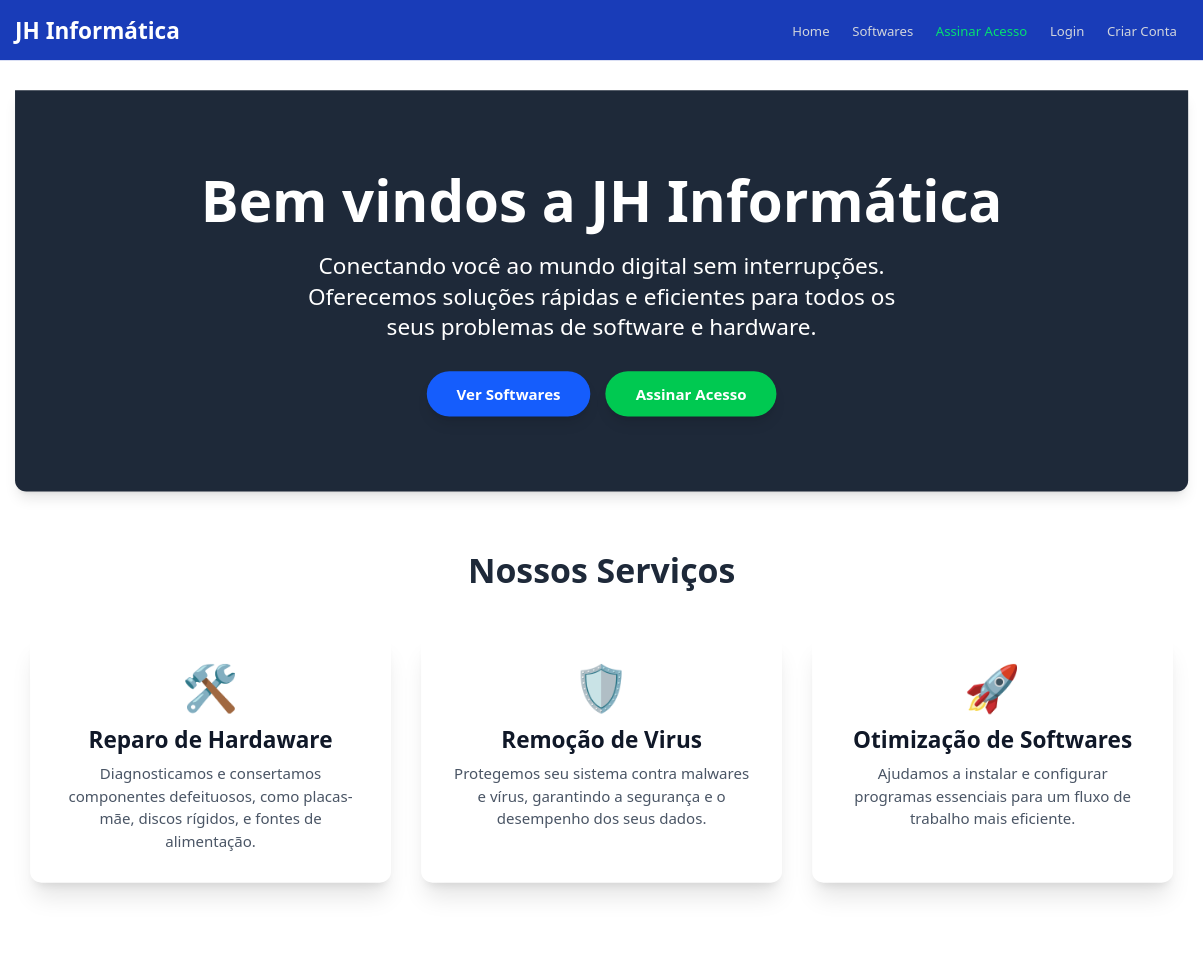
Repository: estevam02009/jh-info
Page: / (app in frontend/)
These files come from the project's save history. The page is drawn as it stood at one moment and after the next save; the edit follows.
The browser window is 1280 px wide. The pictures show the whole page, at 94% of full size.
The project was rebuilt for these pictures with package versions that can differ from the ones it lists, and the page was loaded fresh each time. Also part of the build but not shown: frontend/src/pages/Login.jsx, frontend/src/pages/Register.jsx, frontend/src/pages/Dashboard.jsx, frontend/src/components/ProtectedRoute.jsx, frontend/src/pages/SoftwareList.jsx, frontend/src/pages/SoftwareDetails.jsx, frontend/src/pages/SoftwareManagement.jsx, frontend/src/pages/PaymentPage.jsx and 1 more.

Above is the page before, as saved 2025-07-13 11:28:27.

### frontend/index.html
<!doctype html>
<html lang="en">
  <head>
    <meta charset="UTF-8" />
    <link rel="icon" type="image/svg+xml" href="/vite.svg" />
    <meta name="viewport" content="width=device-width, initial-scale=1.0" />
    <title>JH Informática</title>
  </head>
  <body>
    <div id="root"></div>
    <script type="module" src="/src/main.jsx"></script>
  </body>
</html>

### frontend/src/main.jsx
// src/main.jsx
import React from 'react';
import ReactDOM from 'react-dom/client';
import App from './App.jsx';
import './index.css'; // Para estilos globais
import { BrowserRouter } from 'react-router-dom';
import { AuthProvider } from './context/AuthContext.jsx'; // Contexto de Autenticação

ReactDOM.createRoot(document.getElementById('root')).render(
    <React.StrictMode>
        <BrowserRouter>
            <AuthProvider> {/* O AuthProvider envolve toda a aplicação */}
                <App />
            </AuthProvider>
        </BrowserRouter>
    </React.StrictMode>,
);

### frontend/src/App.jsx
import React from "react";
import {Link, Routes, Route} from "react-router-dom";
import Login from "./pages/Login.jsx";
import Register from "./pages/Register.jsx";
import Home from "./pages/Home.jsx";
import Dashboard from "./pages/Dashboard.jsx";
import ProtectedRoute from "./components/ProtectedRoute";
import SoftwareList from "./pages/SoftwareList";
import SoftwareDetails from "./pages/SoftwareDetails";
import SoftwareManagement from "./pages/SoftwareManagement";
import PaymentPage from "./pages/PaymentPage";
import MySoftwares from "./pages/MySoftwares.jsx";
import { useAuth } from "./context/AuthContext";


const App = () => {

    const { user, logout } = useAuth(); // Obtém o estado do usuário e a função de logout

    return (
        <>
            <nav className="bg-blue-800 p-4">
                <div className="container mx-auto flex justify-between items-center">
                    <Link to="/" className="text-white text-2xl font-bold">JH Informática</Link>
                    <div>
                        <Link to="/" className="text-gray-300 hover:bg-white hover:text-blue-500 px-3 py-2 rounded-md text-sm font-medium">Home</Link>
                        <Link to="/softwares" className="text-gray-300 hover:bg-white hover:text-blue-500 px-3 py-2 rounded-md text-sm font-medium">Softwares</Link>

                        {/* Link para a página de Pagamento/Assinatura */}
                        {!user?.hasPaidAccess && (
                            <Link to="/subscribe" className="text-green-400 hover:bg-gray-700 hover:text-green-200 px-3 py-2 rounded-md text-sm font-medium">Assinar Acesso</Link>
                        )}

                    {/*    Links visiveis apenas se o usuário estiver logado    */}
                        {user ? (
                            <>
                                <Link to="/dashboard" className="text-gray-300 hover:bg-white hover:text-blue-500 px-3 py-2 rounded-md text-sm font-medium">Dashboard</Link>
                                {user.hasPaidAccess && ( // Mostrar "Meus Softwares" apenas se tiver pago
                                    <Link to="/my-softwares" className="text-gray-300 hover:bg-white hover:text-blue-500 px-3 py-2 rounded-md text-sm font-medium">Meus Softwares</Link>
                                )}
                            {/* Link para gerenciamento de softwares - visivel apenas para admins logados */}
                                {user.role === "admin" && (
                                    <Link to="/admin/softwares" className="text-gray-300 hover:bg-white hover:text-blue-500 px-3 py-2 rounded-md text-sm font-medium">Gerenciar Softwares</Link>
                                )}
                                <button
                                    onClick={logout}
                                    className="bg-red-600 hover:bg-red-800 px-3 py-2 rounded-md text-sm text-white font-medium ml-4"
                                >Sair</button>
                            </>
                        ) : (

                            <>
                                {/* Links visivéis apenas se o usuário não estiver logado */}
                                <Link to="/login" className="text-gray-300 hover:bg-white hover:text-blue-500 px-3 py-2 rounded-md text-sm font-medium">Login</Link>
                                <Link to="/register" className="text-gray-300 hover:bg-white hover:text-blue-500 px-3 py-2 rounded-md text-sm font-medium">Criar Conta</Link>
                            </>
                        )}
                    </div>
                </div>
            </nav>

            {/* Conteúdo principal*/}
            <div className="container mx-auto p-4 mt-4">
                <Routes>
                    <Route path="/" element={<Home />} />
                    <Route path="/login" element={<Login />} />
                    <Route path="/register" element={<Register />} />

                    <Route path="/softwares" element={<SoftwareList />} /> {/* <-- Nova Rota */}
                    <Route path="/softwares/:id" element={<SoftwareDetails />} />

                    {/* Rota para a página de assinatura. É acessível se o usuário estiver logado ou não, mas a lógica de pagamento exige login */}
                    <Route path="/subscribe" element={<PaymentPage />} />

                {/* Rotas protegidas */}
                    <Route element={<ProtectedRoute />}>
                        <Route path="/dashboard" element={<Dashboard />}></Route>
                        <Route path="/my-softwares" element={<MySoftwares />} />
                    </Route>

                    <Route element={<ProtectedRoute allowedRoles={['admin']} />}>
                        <Route path="/admin/softwares" element={<SoftwareManagement />} />
                    </Route>

                    <Route path="*" element={<h2 className="text-4xl font-bold text-red-500">404 - Página não encontrada</h2>}></Route>
                </Routes>
            </div>
        </>
    )
}

export default App;

### frontend/src/context/AuthContext.jsx
// src/context/AuthContext.jsx
import React, { createContext, useState, useEffect, useContext } from 'react';
import axios from 'axios';

const AuthContext = createContext();

export const AuthProvider = ({ children }) => {
    // O estado 'user' agora conterá o campo 'hasPaidAccess'
    const [user, setUser] = useState(null);
    const [token, setToken] = useState(null);
    const [loading, setLoading] = useState(true); // Para saber se o token está sendo verificado

    // Base da URL da sua API
    const API_URL = 'http://localhost:5000/api'; // Certifique-se que a porta está correta

    // Carrega o token e usuário do localStorage ao iniciar
    useEffect(() => {
        const storedToken = localStorage.getItem('token');
        const storedUser = localStorage.getItem('user');

        if (storedToken && storedUser) {
            setToken(storedToken);

            if (storedToken && storedUser) {
                setToken(storedToken);
                // Garante que o usuário no estado inclui 'hasPaidAccess'
                try {
                    const userData = JSON.parse(storedUser);
                    setUser(userData);
                } catch (error) {
                    console.error('Erro ao fazer parse do usuário do localStorage:', error);
                    localStorage.removeItem('token');
                    localStorage.removeItem('user');
                }
            }

            // Configura o token no cabeçalho padrão do Axios para todas as requisições
            axios.defaults.headers.common['Authorization'] = `Bearer ${storedToken}`;
        }
        setLoading(false);
    }, []);

    const login = async (email, password) => {
        try {
            const response = await axios.post(`${API_URL}/auth/login`, { email, password });
            const { token, hasPaidAccess, ...userData } = response.data; // Capture 'hasPaidAccess'

            setToken(token);
            // Certifique-se de que o objeto user no estado inclui hasPaidAccess
            setUser({ ...userData, hasPaidAccess: hasPaidAccess });

            localStorage.setItem('token', token);
            // Armazene o objeto de usuário completo no localStorage, incluindo 'hasPaidAccess'
            localStorage.setItem('user', JSON.stringify({ ...userData, hasPaidAccess: hasPaidAccess }));

            axios.defaults.headers.common['Authorization'] = `Bearer ${token}`; // Atualiza o header
            return response.data;
        } catch (error) {
            console.error('Erro de login:', error.response?.data || error.message);
            throw error.response?.data || { message: 'Erro ao fazer login' };
        }
    };

    // Função para atualizar o estado do usuário (útil após o pagamento)
    const updateUserAccessStatus = (updatedUser) => {
        setUser(updatedUser);
        localStorage.setItem('user', JSON.stringify(updatedUser));
    }

    const register = async (name, email, password, role = 'user') => {
        try {
            const response = await axios.post(`${API_URL}/auth/register`, { name, email, password, role });
            // Geralmente, após o registro, você pode logar o usuário automaticamente ou redirecioná-lo para a tela de login
            return response.data;
        } catch (error) {
            console.error('Erro de registro:', error.response?.data || error.message);
            throw error.response?.data || { message: 'Erro ao registrar' };
        }
    };

    const logout = () => {
        setToken(null);
        setUser(null);
        localStorage.removeItem('token');
        localStorage.removeItem('user');
        delete axios.defaults.headers.common['Authorization']; // Remove o header do Axios
    };

    return (
        <AuthContext.Provider value={{ user, token, loading, login, register, logout, updateUserAccessStatus }}>
            {children}
        </AuthContext.Provider>
    );
};

export const useAuth = () => useContext(AuthContext);

### frontend/src/pages/Home.jsx
import React from 'react';
import { Link } from 'react-router-dom';

const Home = () => {
    return (
        <div className="flex flex-col items-center">

            {/* Seção Principal (Hero) */}
            <div className='bg-gray-800 text-white w-full py-20 px-4 text-center rounded-b-xl shadow-lg'>
                <h1 className='text-5xl md:text-6xl font-extrabold leading-tight mb-4'>
                    Bem vindos a JH Informática
                </h1>
                <p className='text-xl md:text-2xl font-light max-w-2xl mx-auto mb-8'>
                    Conectando você ao mundo digital sem interrupções. Oferecemos soluções rápidas e eficientes para todos os seus problemas de software e hardware.
                </p>
                <div className="flex justify-center space-x-4">
                    <Link
                        to="/softwares"
                        className="bg-blue-600 hover:bg-blue-700 text-white font-bold py-3 px-8 rounded-full shadow-lg transition duration-300"
                    >
                        Ver Softwares
                    </Link>
                    <Link
                        to="/subscribe"
                        className="bg-green-500 hover:bg-green-700 text-white font-bold py-3 px-8 rounded-full shadow-lg transition duration-300"
                    >
                        Assinar Acesso
                    </Link>
                </div>
            </div>

            {/* Seção nossos serviços */}
            <div className="container mx-auto py-16 px-4">
                <h2 className="text-4xl font-bold text-center text-gray-800 mb-12">Nossos Serviços</h2>
                <div className='grid grid-cols-1 md:grid-cols-2 lg:grid-cols-3 gap-8'>

                    {/* Card de Serviços */}
                    <div className='bg-white rounded-xl shadow-xl p-8 text-center transition-transform transform hover:scale-106 duration-300'>
                        <div className='text-5xl text-blue-600 mb-4'>🛠️</div>
                        <h3 className='text-2xl font-semibold text-gray-900 mb-2'>Reparo de Hardaware</h3>
                        <p className='text-gray-600'>
                            Diagnosticamos e consertamos componentes defeituosos, como placas-mãe, discos rígidos, e fontes de alimentação.
                        </p>
                    </div>

                    {/* Card de Serviços 2 */}
                    <div className='bg-white rounded-xl shadow-xl p-8 text-center transition-transform transform hover:scale-106 duration-300'>
                        <div className='text-5xl text-blue-600 mb-4'>🛡️</div>
                        <h3 className='text-2xl font-semibold text-gray-900 mb-2'>Remoção de Virus</h3>
                        <p className='text-gray-600'>
                            Protegemos seu sistema contra malwares e vírus, garantindo a segurança e o desempenho dos seus dados.
                        </p>
                    </div>

                    {/* Card de Serviços 2 */}
                    <div className='bg-white rounded-xl shadow-xl p-8 text-center transition-transform transform hover:scale-106 duration-300'>
                        <div className='text-5xl text-blue-600 mb-4'>🚀</div>
                        <h3 className='text-2xl font-semibold text-gray-900 mb-2'>Otimização de Softwares</h3>
                        <p className='text-gray-600'>
                            Ajudamos a instalar e configurar programas essenciais para um fluxo de trabalho mais eficiente.
                        </p>
                    </div>
                </div>
            </div>
        </div>
    )
}

export default Home;

Loaded but not shown: frontend/src/index.css (common file)

After the next save:
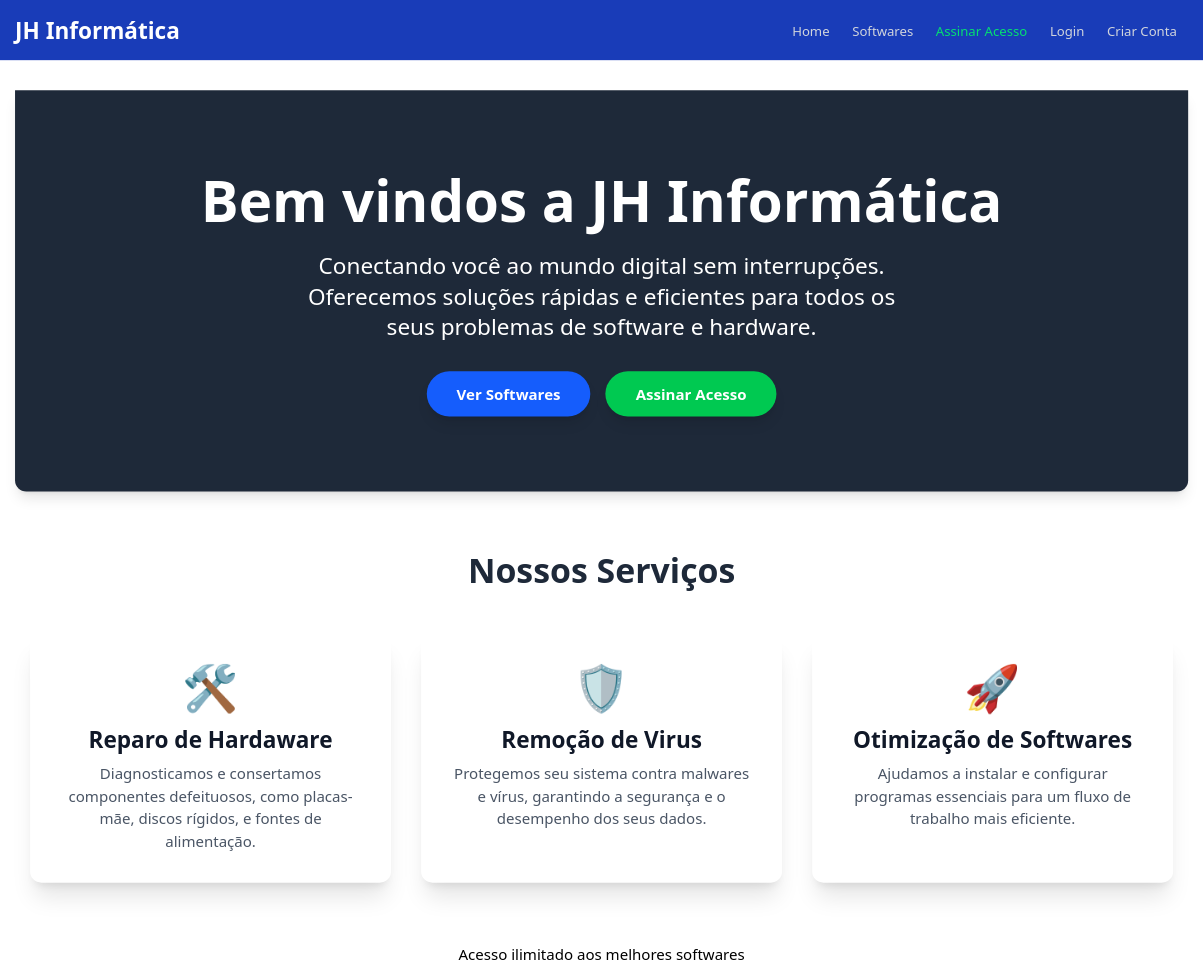
Saved 21 min 10 s later.
--- a/frontend/src/pages/Home.jsx
+++ b/frontend/src/pages/Home.jsx
@@ -62,6 +62,11 @@ const Home = () => {
                     </div>
                 </div>
             </div>
+
+            {/* Seção de chamada para a ação */}
+            <div>
+                <h2>Acesso ilimitado aos melhores softwares</h2>
+            </div>
         </div>
     )
 }
